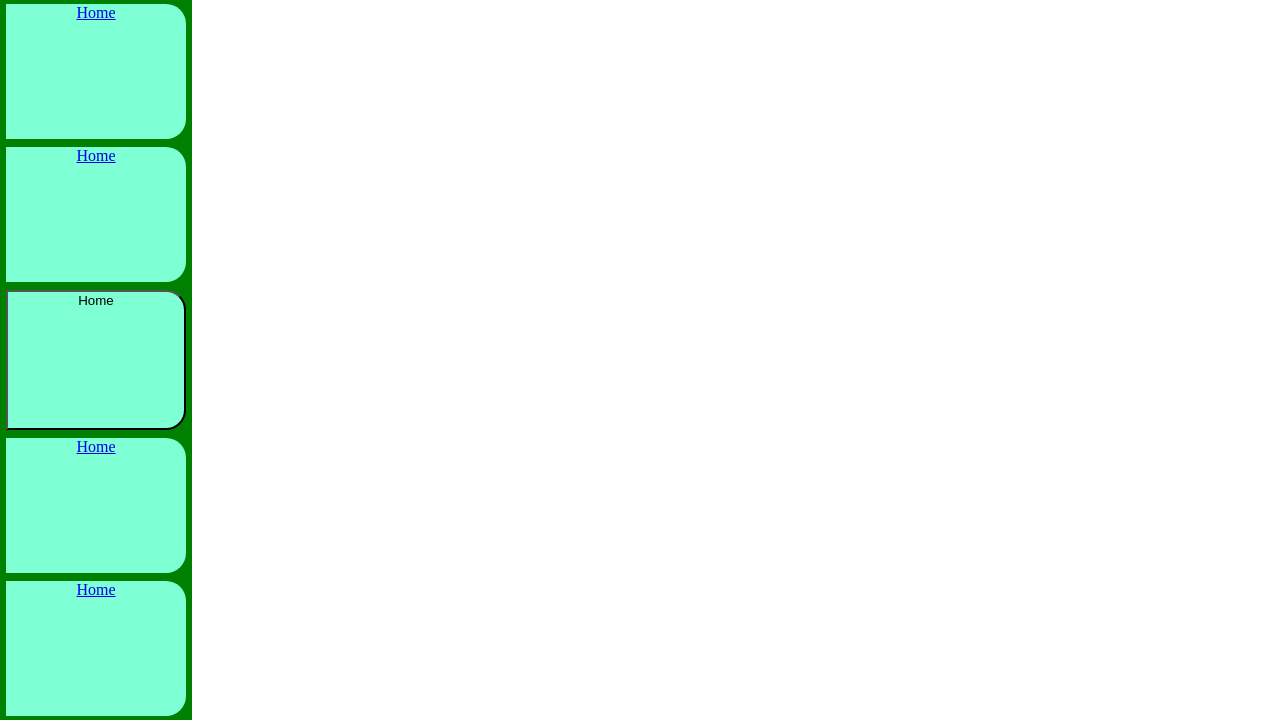
Repository: Tahaa2t/Researchers
Page: /
An editor plug-in stored every save of this project. The page is shown before and after the next save, followed by the edit.
The browser window is 1280 px wide. The pictures show the whole page.
The project was rebuilt for these pictures with package versions that can differ from the ones it lists, and the page was loaded fresh each time. Also part of the build but not shown: src/Components/loginform.js, src/Components/HomePage.js.

Above is the page before, as saved 2023-07-05 20:57:05.

After the next save:
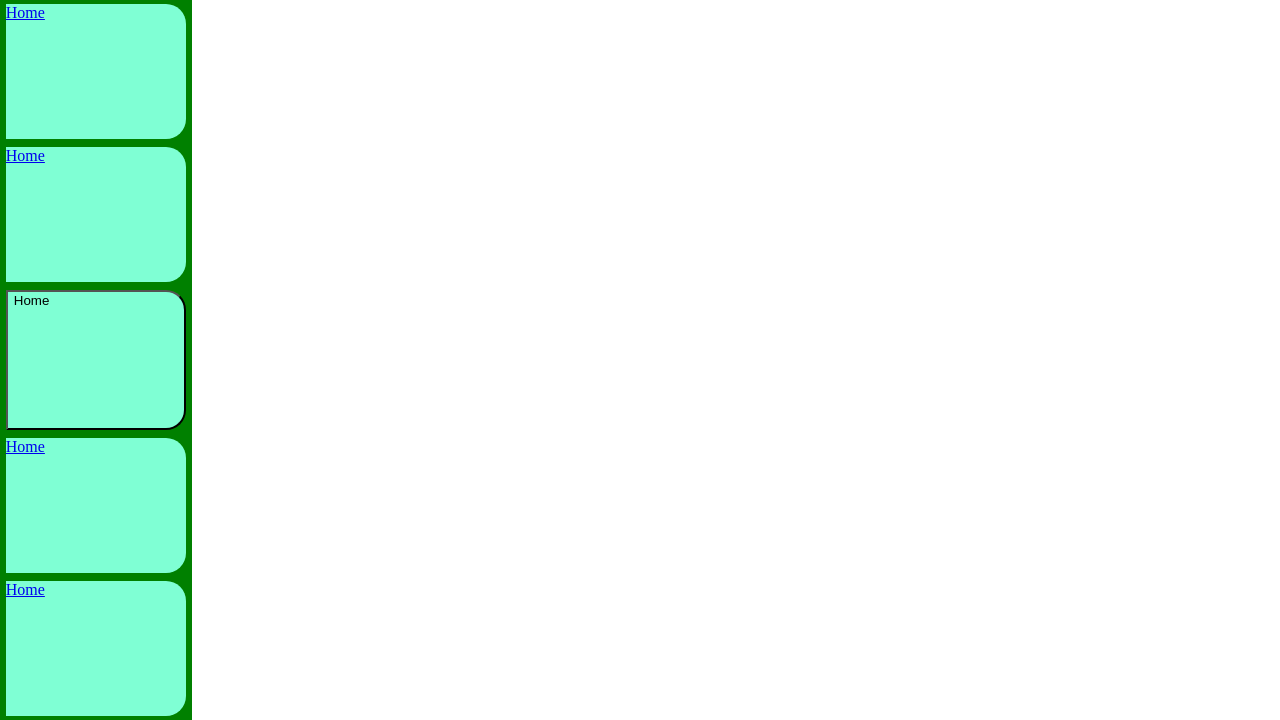
Saved 33 s later.
--- a/src/Components/css/navbarstyle.css
+++ b/src/Components/css/navbarstyle.css
@@ -22,8 +22,6 @@
   margin: 4px;
   display: flex;
   flex: 1;
-  justify-content: center;
-  align-content: center;
 }
 
 /* .btn button {

After the save that followed:
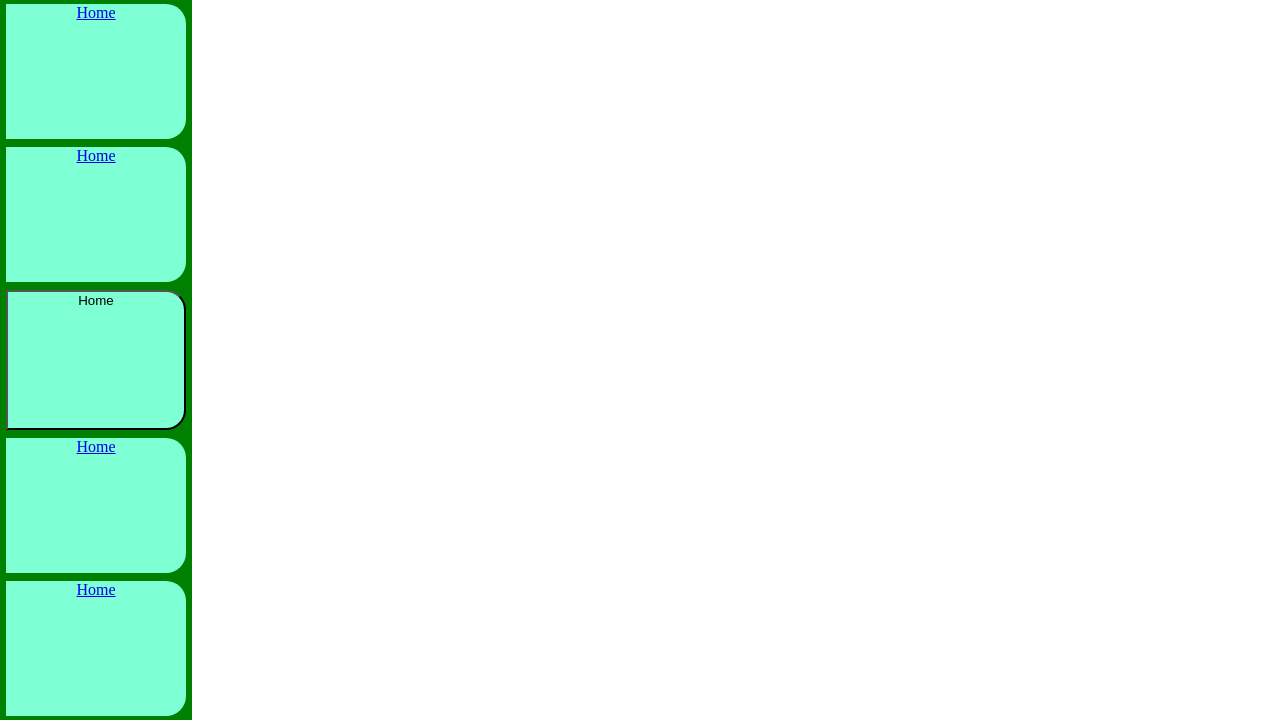
Saved 7 s later.
--- a/src/Components/css/navbarstyle.css
+++ b/src/Components/css/navbarstyle.css
@@ -22,6 +22,8 @@
   margin: 4px;
   display: flex;
   flex: 1;
+  justify-content: center;
+  /* align-content: center; */
 }
 
 /* .btn button {
